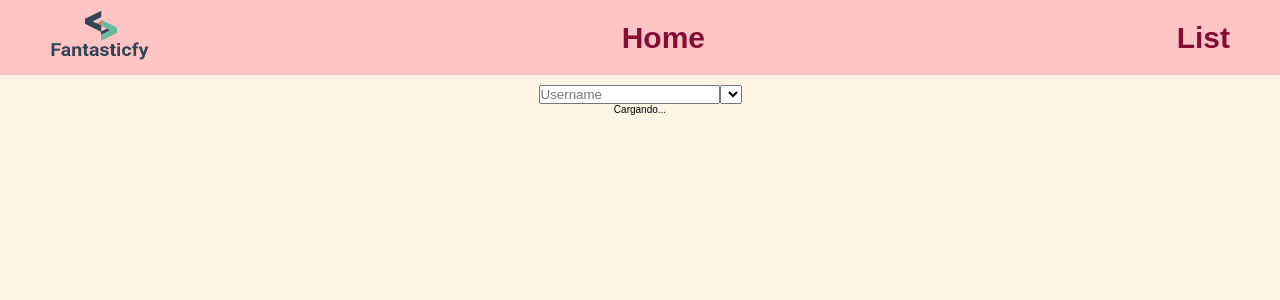
Repository: ChristianGecchelin/fullstack-react-node-fantasticfy
Page: /user-list (app in front/)
The author's editor kept a copy of each file at every save. The page is drawn from the files as they stood at one save, then again after a run of saves.
The browser window is 1280 px wide. The pictures show the whole page.
The page's requests for data from a server got no answer. The project was rebuilt for these pictures with package versions that can differ from the ones it lists, and the page was loaded fresh each time. No one was signed in, and anything a server would have sent is missing. Also part of the build but not shown: front/src/Components/UserCard/index.css, front/src/Components/UserCard/index.jsx, front/src/Pages/UserProfile.jsx, front/src/App.css.

Above is the page before, as saved 2022-09-05 16:37:53.

### front/src/index.css
:root{
  --main-color:#FFF5E4;
  --secondary-color:#FFC4C4;
  --third-color:#EE6983;
  --fourth-color:#850E35;
}
* {
  margin: 0;
  padding: 0;
  box-sizing: border-box;
}
html {
  font-size: 62.5%;
  font-family: sans-serif;
}
html,body{
  background-color:var(--main-color)
}
ul{
  list-style: none;
}
a{
  text-decoration: none;
}

### front/src/App.js
import { Routes, Route, Link } from "react-router-dom";
import { UserList } from "./Pages/UserList";
import { UserProfile } from "./Pages/UserProfile";
import { Nav } from "./Components/nav/Nav";
import "./App.css";

function App() {
  return (
    <div className="App">
      <Nav />
      <Routes>
        <Route path="/user-list" element={<UserList />} />
        <Route path="/user-profile/:id" element={<UserProfile />} />
      </Routes>
    </div>
  );
}

export default App;

### front/src/Pages/UserList.jsx
import { useEffect, useState } from "react";
import axios from "axios";
import { UserCard } from "../Components/UserCard";
import "./index.css";
export const UserList = () => {
  const [list, setList] = useState([]);
  const [inmutableList, setInmutableList] = useState([]);
  const [genderArray, setGenderArray] = useState([]);
  const [selectValue, setSelectValue] = useState("");
  const [input, setInput] = useState("");

  const getGenderArray = () => {
    if (list) {
      const genders = inmutableList.map((user) => {
        return user.gender;
      });
      let result = genders.filter((item, index) => {
        return genders.indexOf(item) === index;
      });
      setGenderArray(result);
    }
  };
  const getUsers = async () => {
    const response = await axios.get("http://localhost:5005/users");
    setList(response.data);
    setInmutableList(response.data);
  };

  const filterUsersBySelect = () => {
    const filter = inmutableList.filter((user) => {
      return user.gender === selectValue;
    });
    setList(filter);
  };

  const filterByName = () => {
    let result = inmutableList.filter(
      (el) =>
        el.first_name.includes(input) ||
        el.last_name.includes(input) ||
        el.username.includes(input)
    );

    setList(result);
  };

  const handleChangeInput = (e) => {
    setInput(e.target.value);
  };

  const handleChangeSelect = (e) => {
    setSelectValue(e.target.value);
  };

  useEffect(() => {
    getUsers();
  }, []);

  useEffect(() => {
    getGenderArray();
  }, [list]);

  useEffect(() => {
    filterUsersBySelect();
  }, [selectValue]);
  useEffect(() => {
    filterByName();
  }, [input]);
  return (
    <section className="section-page">
      <div>
        <input
          type="text"
          value={input}
          onChange={handleChangeInput}
          placeholder="Username"
        />
        <select value={selectValue} onChange={handleChangeSelect}>
          {genderArray.map((gender) => {
            return (
              <option key={gender} value={gender}>
                {gender}
              </option>
            );
          })}
        </select>
      </div>
      <div className="card-list">
        {list.length > 0 ? (
          list.map((user) => {
            return (
              <UserCard
                key={user.id}
                user={user}
                users={list}
                setInmutableList={setInmutableList}
                setList={setList}
              />
            );
          })
        ) : (
          <p>Cargando...</p>
        )}
      </div>
    </section>
  );
};

### front/src/Components/nav/Nav.jsx
import React from "react";
import { Link } from "react-router-dom";
import logo from "../../Assets/logo-fantasticfy.webp";
import "./index.css";
export const Nav = () => {
  return (
    <nav>
      <ul>
        <li>
          <Link to="/">
            <img src={logo} alt="fantasticfy" />
          </Link>
        </li>
        <li>
          <Link to="/">
            <h2>Home</h2>
          </Link>
        </li>
        <li>
          <Link to="/user-list">
            <h2>List</h2>
          </Link>
        </li>
      </ul>
    </nav>
  );
};

### front/src/Pages/index.css
.section-page{
    display: flex;
    flex-direction: column;
    flex-wrap: wrap;
    justify-content: center;
    align-items: center;
    padding: 10px;
}
.card-list{
    display: flex;
    flex-direction: row;
    flex-wrap: wrap;
    justify-content: center;
    align-items: center;
}
.section-relatedUsers{
    display: flex;
    flex-direction: column;
    justify-content: center;
    align-items:center
}
.container-relatedUsers{
    display: flex;
    flex-direction: row;
    flex-wrap: wrap;
    justify-content: center;
    align-items:center
}

### front/src/Components/nav/index.css
nav{
    height: auto;
    background-color: var(--secondary-color);
}
nav ul{
    display: flex;
    flex-direction: row;
    justify-content: space-between;
    align-items: center;
    padding: 10px 50px;
}
nav a{
    font-size: 2rem;
    line-height: 2.3rem;
    color: var(--fourth-color);
}
nav img{
    width: 100px;
    height: 50px;
}
nav a:visited{
    color: var(--fourth-color);
}

Loaded but not shown: front/public/index.html (common file); front/src/index.js (common file)

After the next 2 saves:
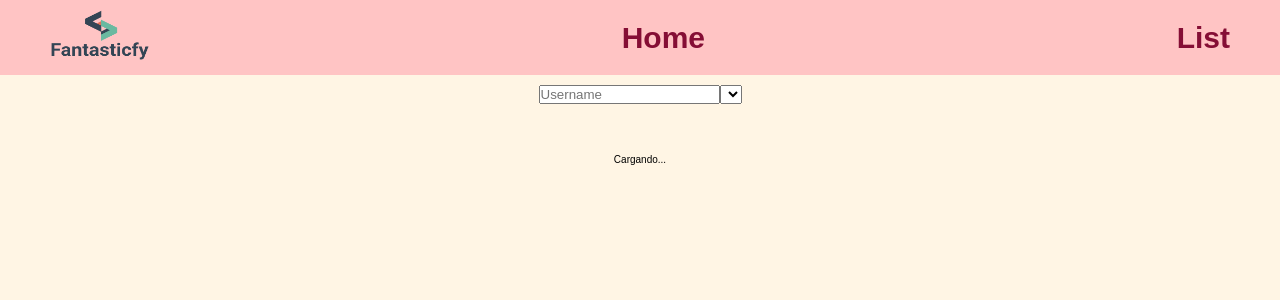
The 2 saves are shown as one change because they came seconds apart.
The last was saved 11 s later.
--- a/front/src/Pages/index.css
+++ b/front/src/Pages/index.css
@@ -5,6 +5,7 @@
     justify-content: center;
     align-items: center;
     padding: 10px;
+    gap: 50px;
 }
 .card-list{
     display: flex;
